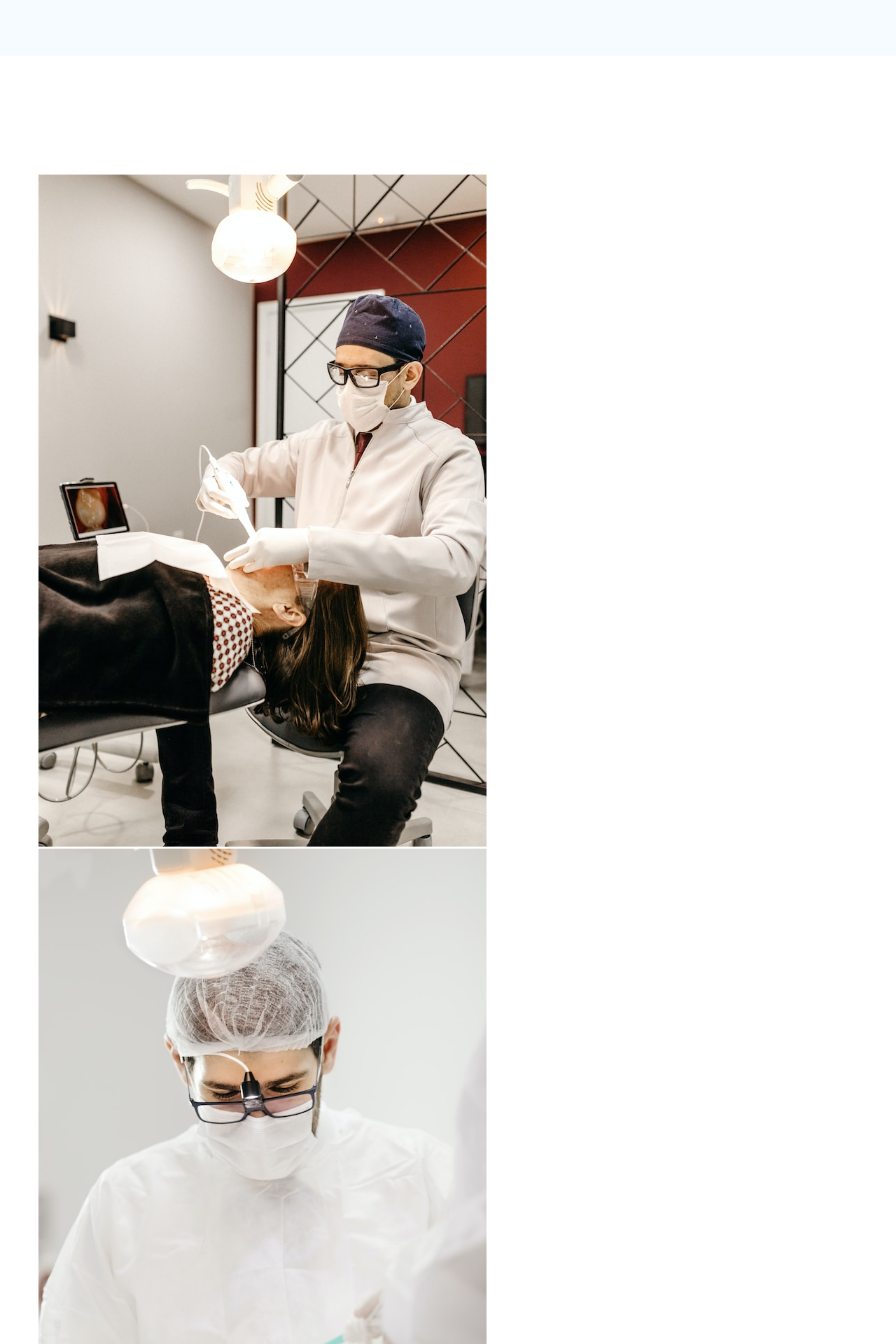
Repository: dongnguyen2112/htmlcss-project-03
Page: index.html
An editor plug-in stored every save of this project. The page is shown before and after the next save, followed by the edit.
The browser window is 1280 px wide. The pictures show the part of the page from y = 2578 to 4498 px (the page is 5720 px tall), at 70% of full size.

Above is the page before, as saved 2023-08-02 20:46:33.

After the next save:
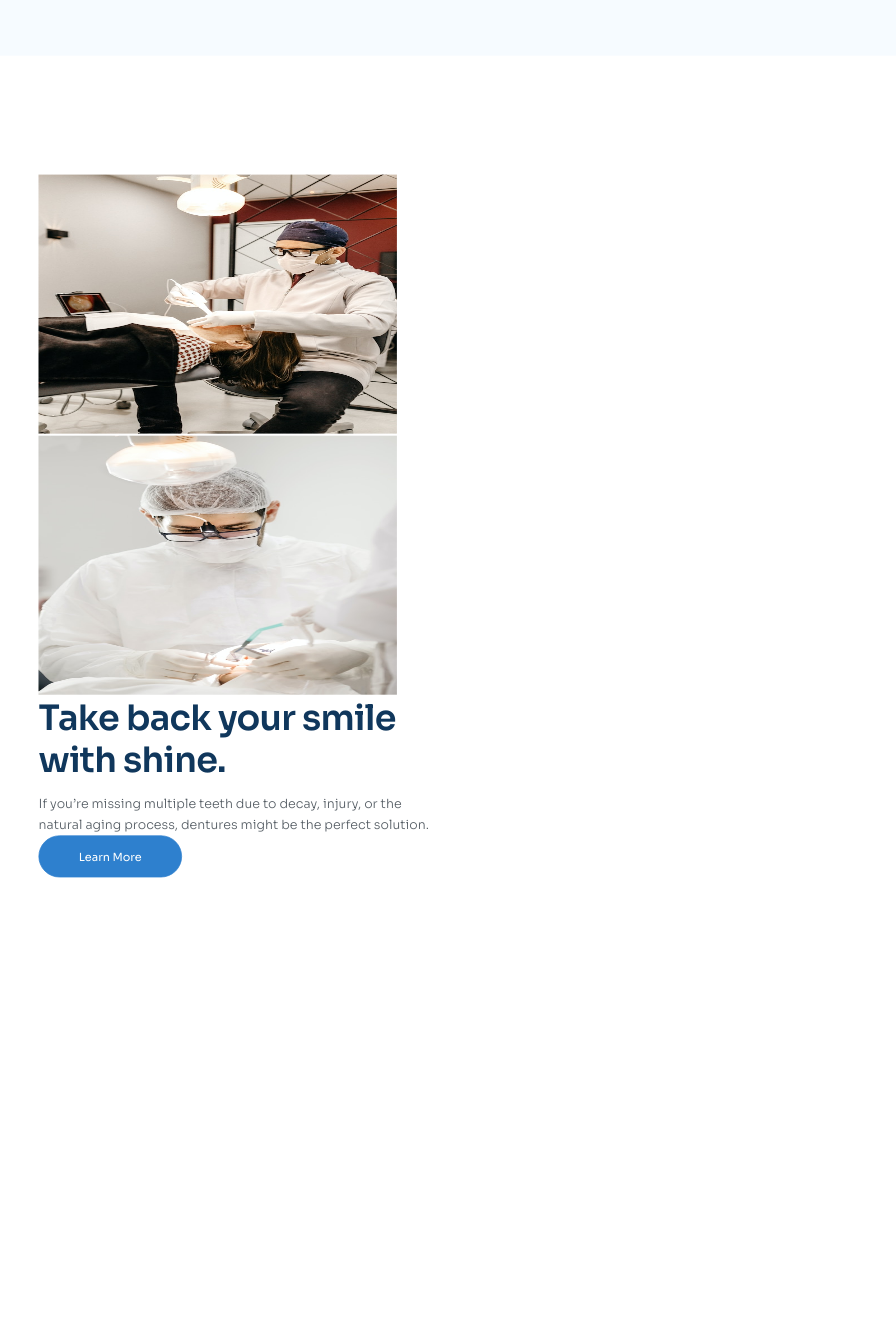
Saved 9 s later.
--- a/assets/css/styles.css
+++ b/assets/css/styles.css
@@ -329,12 +329,13 @@ a {
     margin-top: 85px;
     padding: 85px 0;
 }
-.feature__media{
+.feature__media {
     width: 48%;
 }
-.feature__images{
-    position: relative;
-}
-.feature__img{
-
-}
+.feature__images {
+    position: relative;
+}
+.feature__img {
+    width: 512px;
+    height: 370px;
+}
